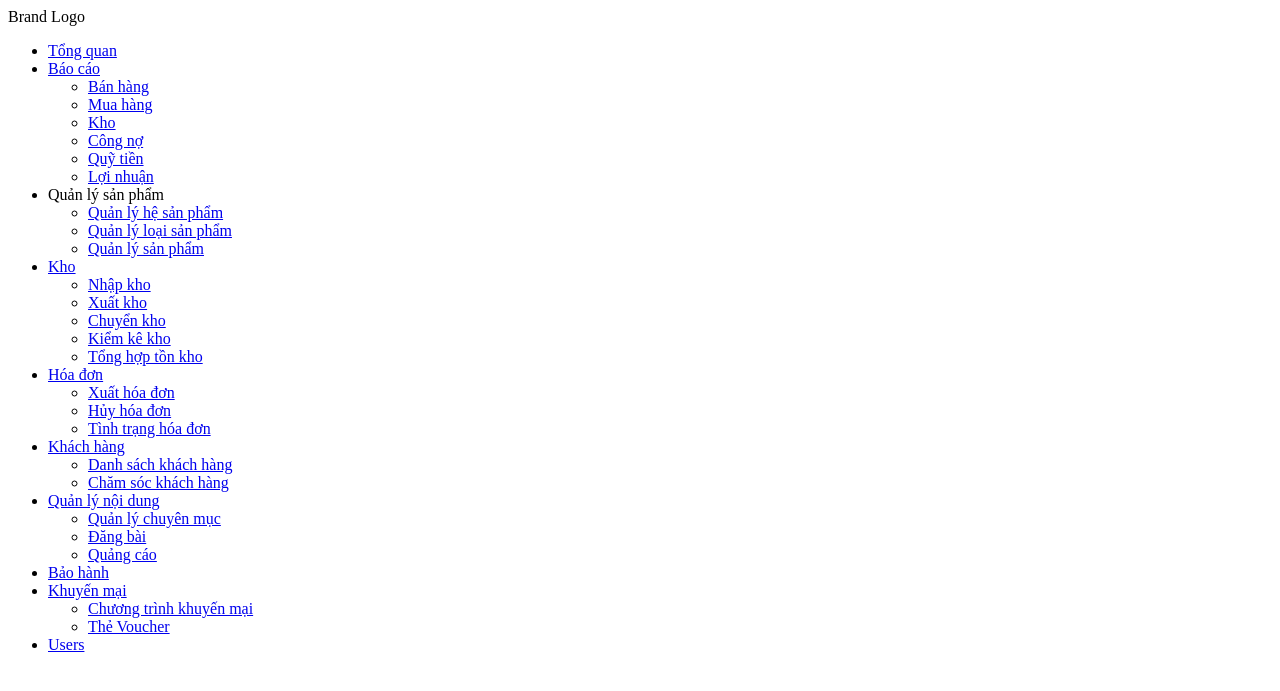
Repository: aceonlinevn/Doan
Page: http://localhost/WebBanHang/menu
These files come from the project's save history. The page is drawn as it stood at one moment and after the next save; the edit follows.
The browser window is 1280 px wide. The pictures show the whole page.
The page is served by Tomcat 9. Other server files are loaded and not shown.

Above is the page before, as saved 2017-03-28 14:24:09.

### Project/WebBanHang/src/com/ads/main/Menu.java
package com.ads.main;

import java.io.IOException;
import java.io.PrintWriter;

import javax.servlet.ServletException;
import javax.servlet.http.HttpServlet;
import javax.servlet.http.HttpServletRequest;
import javax.servlet.http.HttpServletResponse;


/**
 * Servlet implementation class Menu
 */
public class Menu extends HttpServlet {
	private static final long serialVersionUID = 1L;
	private static final String CONTENT_TYPE = "text/html; charset=utf-8";
    /**
     * @see HttpServlet#HttpServlet()
     */
    public Menu() {
        super();
        // TODO Auto-generated constructor stub
    }

	/**
	 * @see HttpServlet#doGet(HttpServletRequest request, HttpServletResponse response)
	 */
	protected void doGet(HttpServletRequest request, HttpServletResponse response) throws ServletException, IOException {
		  response.setContentType(CONTENT_TYPE);
	        PrintWriter out = response.getWriter();
	        out.println("<div class=\"nav-side-menu\">");
	        out.println("<div class=\"brand\">Brand Logo</div>");
	        out.println("<i class=\"fa fa-bars fa-2x toggle-btn\" data-toggle=\"collapse\" data-target=\"#menu-content\"></i>");
	        out.println("<div class=\"menu-list\">");
	        out.println("<ul id=\"menu-content\" class=\"menu-content collapse out\">");
	        out.println("<li><a href=\"#\"><i class=\"fa fa-dashboard fa-lg\"></i> Tổng quan</a></li>");
	        out.println("<li  data-toggle=\"collapse\" data-target=\"#report\" class=\"collapsed\"><a href=\"#\"><i class=\"fa fa-gift fa-lg\"></i> Báo cáo <span class=\"arrow\"></span></a></li>");
	        out.println("<ul class=\"sub-menu collapse\" id=\"report\">");
	        out.println("<li class=\"active\"><a href=\"#\">Bán hàng</a></li>");
	        out.println("<li><a href=\"#\">Mua hàng</a></li>");
	        out.println("<li><a href=\"#\">Kho</a></li>");
	        out.println("<li><a href=\"#\">Công nợ</a></li>");
	        out.println("<li><a href=\"#\">Quỹ tiền</a></li>");
	        out.println("<li><a href=\"#\">Lợi nhuận</a></li>");
	        out.println("</ul>");
	        out.println("<li data-toggle=\"collapse\" data-target=\"#products\" class=\"collapsed\"><i class=\"fa fa-product-hunt\" aria-hidden=\"true\"></i> Quản lý sản phẩm <span class=\"arrow\"></span></li>  ");
	        out.println("<ul class=\"sub-menu collapse\" id=\"products\">");
	        out.println("<li><a href=\"/WebBanHang/CategoryGroup/view\">Quản lý hệ sản phẩm</a></li>");
	        out.println("<li><a href=\"#\">Quản lý loại sản phẩm</a></li>");
	        out.println("<li><a href=\"/WebBanHang/product/view\">Quản lý sản phẩm</a></li>");
	        out.println("</ul>");
	        out.println("<li data-toggle=\"collapse\" data-target=\"#store\" class=\"collapsed\"><a href=\"#\"><i class=\"fa fa-life-ring\" aria-hidden=\"true\"></i> Kho <span class=\"arrow\"></span></a></li>  ");
	        out.println("<ul class=\"sub-menu collapse\" id=\"store\">");
	        out.println("<li><a href=\"#\">Nhập kho</a></li>");
	        out.println("<li><a href=\"#\">Xuất kho</a></li>");
	        out.println("<li><a href=\"#\">Chuyển kho</a></li>");
	        out.println("<li><a href=\"#\">Kiểm kê kho</a></li>");
	        out.println("<li><a href=\"#\">Tổng hợp tồn kho</a></li>");
	        out.println("</ul>");
	        out.println("<li data-toggle=\"collapse\" data-target=\"#receipt\" class=\"collapsed\"><a href=\"#\"><i class=\"fa fa-files-o\" aria-hidden=\"true\"></i> Hóa đơn <span class=\"arrow\"></span></a></li>  ");
	        out.println("<ul class=\"sub-menu collapse\" id=\"receipt\">");
	        out.println("<li><a href=\"#\">Xuất hóa đơn</a></li>");
	        out.println("<li><a href=\"#\">Hủy hóa đơn</a></li>");
	        out.println("<li><a href=\"#\">Tình trạng hóa đơn</a></li>");
	        out.println("</ul>");
	        out.println("<li data-toggle=\"collapse\" data-target=\"#customer\" class=\"collapsed\"><a href=\"#\"><i class=\"fa fa-user-o\" aria-hidden=\"true\"></i> Khách hàng <span class=\"arrow\"></span></a></li>  ");
	        out.println("<ul class=\"sub-menu collapse\" id=\"customer\">");
	        out.println("<li><a href=\"#\">Danh sách khách hàng</a></li>");
	        out.println("<li><a href=\"#\">Chăm sóc khách hàng</a></li>");
	        out.println("</ul>");
	        out.println("<li data-toggle=\"collapse\" data-target=\"#article\" class=\"collapsed\"><a href=\"#\"><i class=\"fa fa-file-text-o\" aria-hidden=\"true\"></i> Quản lý nội dung <span class=\"arrow\"></span></a></li>  ");
	        out.println("<ul class=\"sub-menu collapse\" id=\"article\">");
	        out.println("<li><a href=\"#\">Quản lý chuyên mục</a></li>");
	        out.println("<li><a href=\"#\">Đăng bài</a></li>");
	        out.println("<li><a href=\"#\">Quảng cáo</a></li>");
	        out.println("</ul>");
	        out.println("<li><a href=\"#\"><i class=\"fa fa-exclamation-triangle\" aria-hidden=\"true\"></i> Bảo hành</a></li>");
	        out.println("<li data-toggle=\"collapse\" data-target=\"#sales\" class=\"collapsed\"><a href=\"#\"><i class=\"fa fa-gift fa-lg\"></i> Khuyến mại <span class=\"arrow\"></span></a></li>  ");
	        out.println("<ul class=\"sub-menu collapse\" id=\"sales\">");
	        out.println("<li><a href=\"#\">Chương trình khuyến mại</a></li>");
	        out.println("<li><a href=\"#\">Thẻ Voucher</a></li>");
	        out.println("</ul>");
	        out.println("<li><a href=\"#\"><i class=\"fa fa-users fa-lg\"></i> Users</a></li>");
	        out.println("</ul>");
	        out.println("</div>");
	        out.println("</div>");
	}

	/**
	 * @see HttpServlet#doPost(HttpServletRequest request, HttpServletResponse response)
	 */
	protected void doPost(HttpServletRequest request, HttpServletResponse response) throws ServletException, IOException {
		// TODO Auto-generated method stub
		doGet(request, response);
	}

}

After the next save:
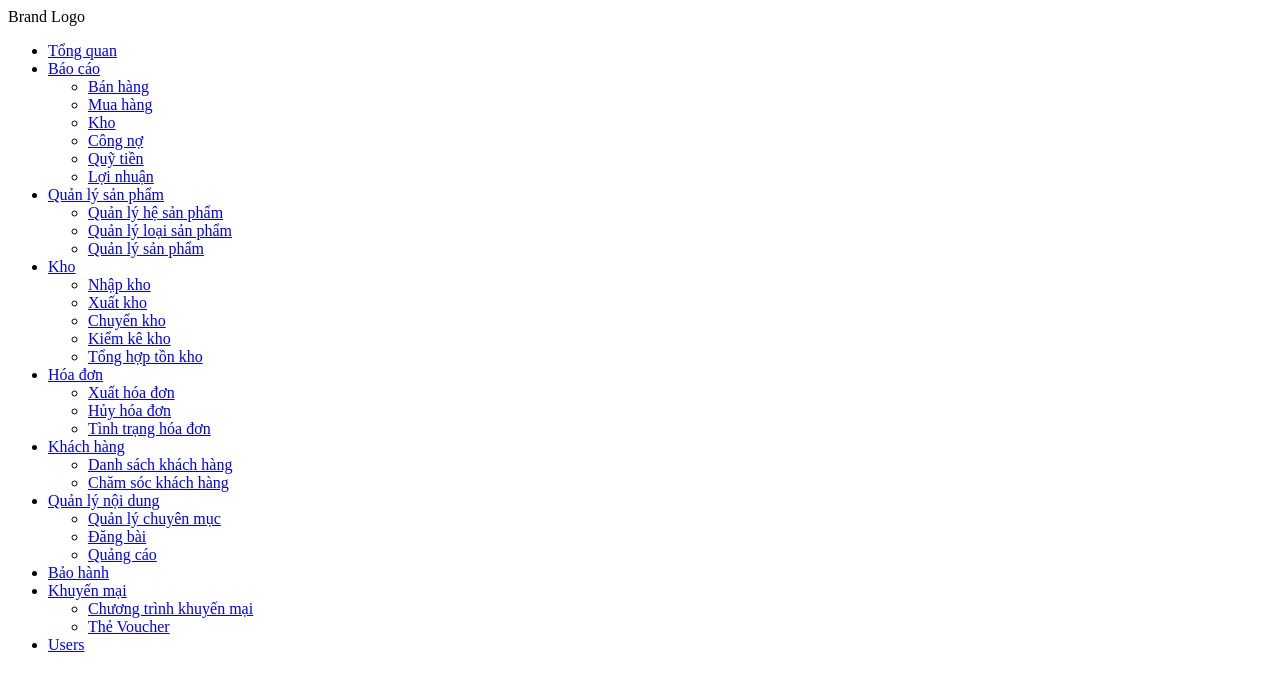
Saved 108 s later.
--- a/Project/WebBanHang/src/com/ads/main/Menu.java
+++ b/Project/WebBanHang/src/com/ads/main/Menu.java
@@ -44,7 +44,7 @@ public class Menu extends HttpServlet {
 	        out.println("<li><a href=\"#\">Quỹ tiền</a></li>");
 	        out.println("<li><a href=\"#\">Lợi nhuận</a></li>");
 	        out.println("</ul>");
-	        out.println("<li data-toggle=\"collapse\" data-target=\"#products\" class=\"collapsed\"><i class=\"fa fa-product-hunt\" aria-hidden=\"true\"></i> Quản lý sản phẩm <span class=\"arrow\"></span></li>  ");
+	        out.println("<li data-toggle=\"collapse\" data-target=\"#products\" class=\"collapsed\"><a href=\"#\"><i class=\"fa fa-product-hunt\" aria-hidden=\"true\"></i> Quản lý sản phẩm <span class=\"arrow\"></span></a></li>  ");
 	        out.println("<ul class=\"sub-menu collapse\" id=\"products\">");
 	        out.println("<li><a href=\"/WebBanHang/CategoryGroup/view\">Quản lý hệ sản phẩm</a></li>");
 	        out.println("<li><a href=\"#\">Quản lý loại sản phẩm</a></li>");
